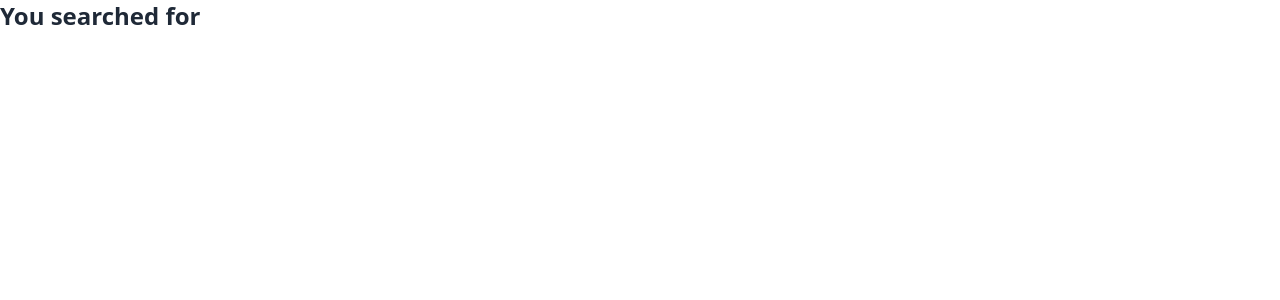
Repository: punitbathija/news-app
Page: /search
The author's editor kept a copy of each file at every save. The page is drawn from the files as they stood at one save, then again after the next save.
The browser window is 1280 px wide. The pictures show the whole page.
The project was rebuilt for these pictures with package versions that can differ from the ones it lists, and the page was loaded fresh each time. The framework's server and built-in components were replaced by stand-ins that run in the browser. Also part of the build but not shown: next.config.js, app/Newscard.js.

Above is the page before, as saved 2023-03-01 18:26:42.

After the next save:
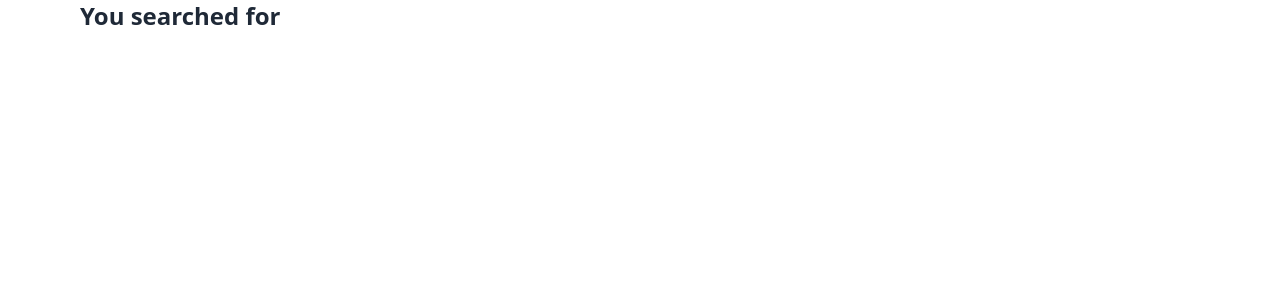
Saved 16 s later.
--- a/app/search/page.js
+++ b/app/search/page.js
@@ -19,7 +19,7 @@ export async function fetchNews() {
 
 function SearchPage({ searchParams }) {
   return (
-    <h1 className="font-semibold text-2xl">
+    <h1 className=" mx-20 font-semibold text-2xl">
       You searched for <b>{searchParams?.term}</b>
     </h1>
   );
